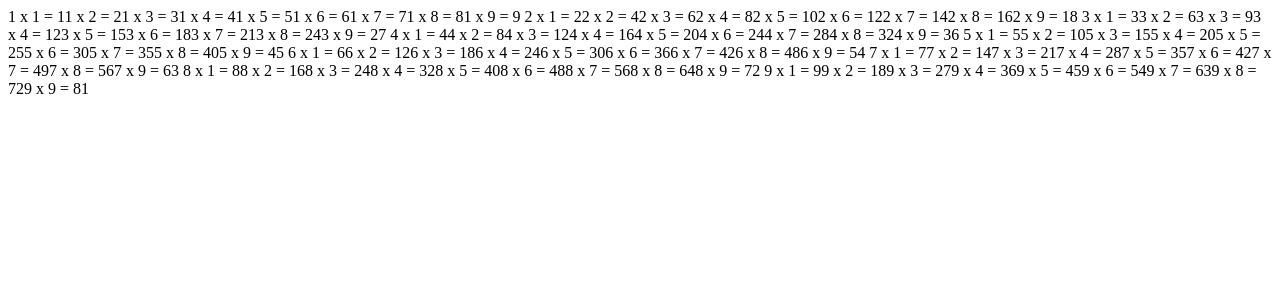
Repository: hii9505/DB_engineering_education
Page: http://localhost/Web_study_02/04_method.jsp
An editor plug-in stored every save of this project. The page is shown before and after the next save, followed by the edit.
The browser window is 1280 px wide. The pictures show the whole page.
The page is served by Tomcat 9. Other server files are loaded and not shown.

Above is the page before, as saved 2021-05-21 01:41:58.

### eclipse-workspace/Web_study_02/src/main/webapp/04_method.jsp
<%@ page language="java" contentType="text/html; charset=UTF-8"
	pageEncoding="UTF-8"%>
<!DOCTYPE html PUBLIC "-//W3C//DTD HTML 4.01 Transitional//EN" "http://www.w3.org/TR/html4/loose.dtd">
<html>
<head>
<meta http-equiv="Content-Type" content="text/html; charset=UTF-8">
<title>서블릿</title>
</head>
<body>

<%

for(int i = 1 ; i < 10; i++){
	for( int j = 1 ; j < 10; j++){
		out.print(i + " x " + j + " = " + (i*j));
	}
	out.println("");
}

%>


</body>
</html>

After the next save:
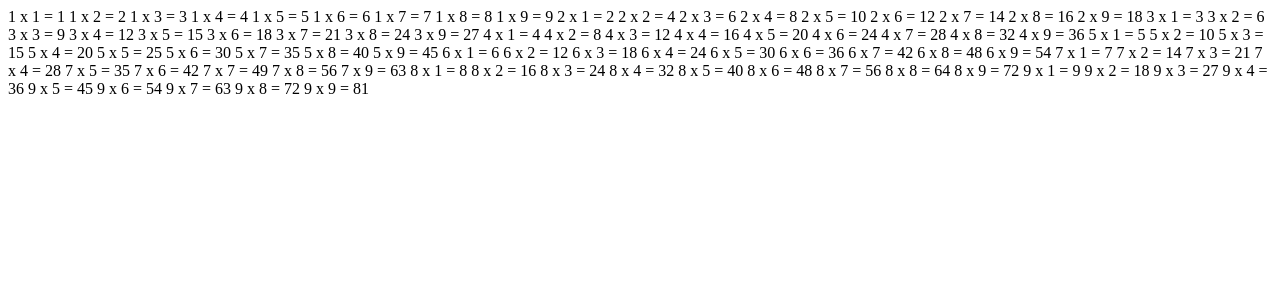
Saved 33 s later.
--- a/eclipse-workspace/Web_study_02/src/main/webapp/04_method.jsp
+++ b/eclipse-workspace/Web_study_02/src/main/webapp/04_method.jsp
@@ -12,7 +12,7 @@
 
 for(int i = 1 ; i < 10; i++){
 	for( int j = 1 ; j < 10; j++){
-		out.print(i + " x " + j + " = " + (i*j));
+		out.print(i + " x " + j + " = " + (i*j) + " ");
 	}
 	out.println("");
 }
